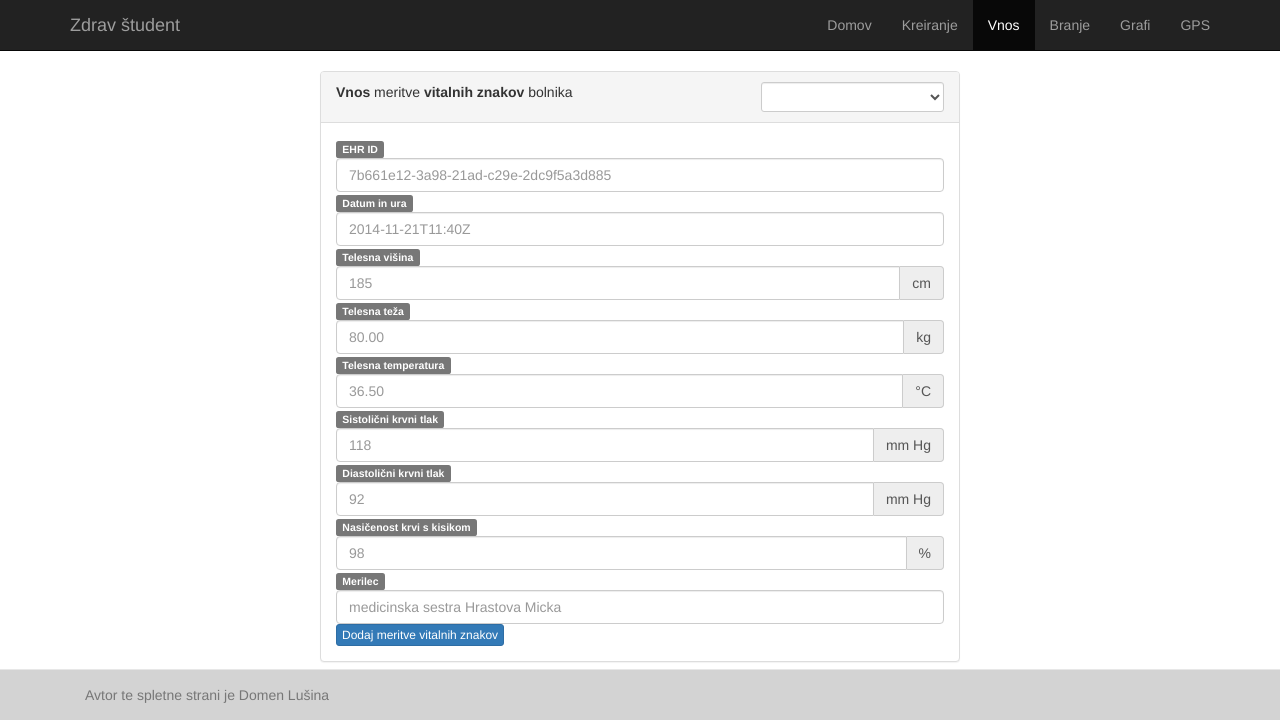
Repository: dl4184/ois-dn4
Page: vnos.html
The author's editor kept a record of every edit. The page is drawn from the files as they stood at one moment, then again after the next edit.
The browser window is 1280 px wide. The pictures show the whole page.
Some web libraries are served in a nearby version.

Above is the page before.
Not found: css/styles.css

After the next edit:
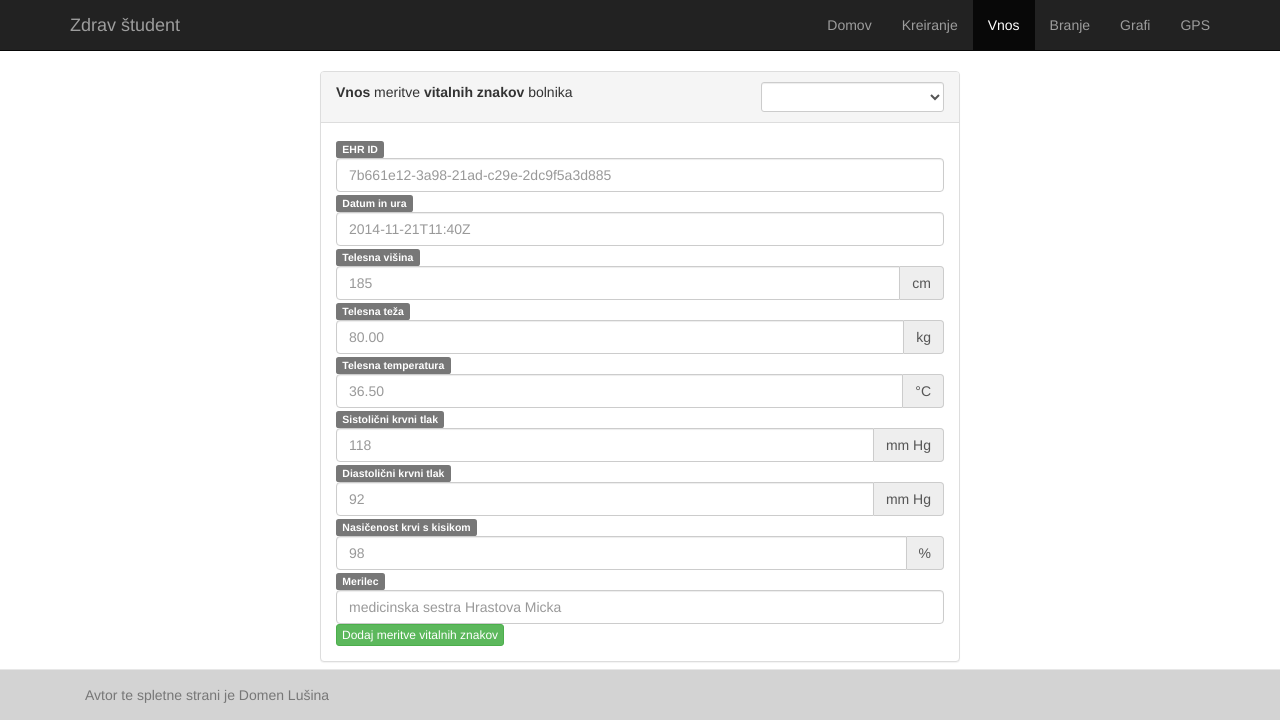
The edit:
--- a/vnos.html
+++ b/vnos.html
@@ -57,7 +57,7 @@
 						<span class="label label-default">Diastolični krvni tlak</span><div class="input-group"><input id="dodajVitalnoKrvniTlakDiastolicni" type="text" class="form-control input-mini" placeholder="92"><span class="input-group-addon">mm Hg</span></div>
 						<span class="label label-default">Nasičenost krvi s kisikom</span><div class="input-group"><input id="dodajVitalnoNasicenostKrviSKisikom" type="text" class="form-control input-mini" placeholder="98"><span class="input-group-addon">%</span></div>
 						<span class="label label-default">Merilec</span><input id="dodajVitalnoMerilec" type="text" class="form-control input-mini" placeholder="medicinska sestra Hrastova Micka">
-						<button type="button" class="btn btn-primary btn-xs" onclick="dodajMeritveVitalnihZnakov()">Dodaj meritve vitalnih znakov</button><span id="dodajMeritveVitalnihZnakovSporocilo"></span>
+						<button type="button" class="btn btn-success btn-xs" onclick="dodajMeritveVitalnihZnakov()">Dodaj meritve vitalnih znakov</button><span id="dodajMeritveVitalnihZnakovSporocilo"></span>
 				  	</div>
 			</div>
 
